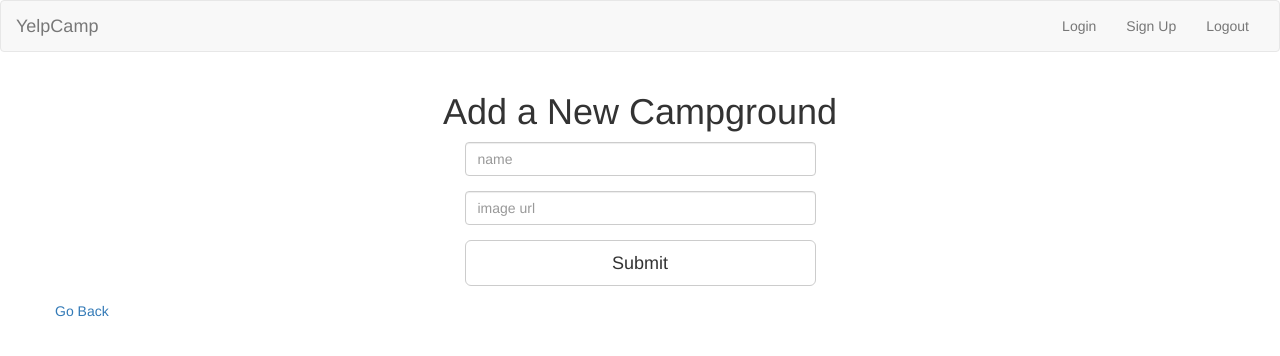
Repository: kristinamacekovic/webdevbootcamp2
Page: http://localhost/campgrounds/new
The author's editor kept a record of every edit. The page is drawn from the files as they stood at one moment, then again after the next edit.
The browser window is 1280 px wide. The pictures show the whole page.
The page is served by the project's Node server (YelpCamp/v1/app.js).

Above is the page before.

### YelpCamp/v1/views/new.ejs
<% include partials/header %>
<div class="container">
    <div class="row">
        <h1 style="text-align: center;">Add a New Campground</h1>
<div style="width: 30%; margin: 0 auto;">
<form action="/campgrounds" method="POST">
    <div class="form-group">
    <input class="form-control" type="text" placeholder="name" name="name"></input>
    </div>
    <div class="form-group">
    <input class="form-control" type="text" placeholder="image url" name="image"></input>
    </div>
    <div class="form-group">
    <button class="btn btn-lg btn-default btn-block">Submit</button>
    </div>
</form>
</div>
<a href="/campgrounds">Go Back</a>
</div>
</div>
<% include partials/footer %>

### YelpCamp/v1/views/partials/header.ejs
<!DOCTYPE html>
<html>
    <head>
        <title>YelpCamp</title>
        <link rel="stylesheet" href="https://maxcdn.bootstrapcdn.com/bootstrap/3.3.7/css/bootstrap.min.css">
    </head>
    <body>
        <nav class="navbar navbar-default">
    <div class="container-fluid">
        <div class="navbar-header">
            <a class="navbar-brand" href="/">YelpCamp</a>
        </div>
        <div class="collapse navbar-collapse">
            <ul class="nav navbar-nav navbar-right">
                <li><a href="/">Login</a></li>
                <li><a href="/">Sign Up</a></li>
                <li><a href="/">Logout</a></li>
            </ul>
        </div>
    </div>
</nav>

### YelpCamp/v1/app.js
var express = require("express");
var app = express();
var bodyParser = require("body-parser");
var campgrounds = [
            { name: "Salmon Creek1", image: "https://farm4.staticflickr.com/3872/14435096036_39db8f04bc.jpg" },
            { name: "Salmon Creek2", image: "https://farm2.staticflickr.com/1281/4684194306_18ebcdb01c.jpg" },
            { name: "Salmon Creek3", image: "https://farm3.staticflickr.com/2311/2123340163_af7cba3be7.jpg" },
            { name: "Salmon Creek3", image: "https://farm3.staticflickr.com/2311/2123340163_af7cba3be7.jpg" },
            { name: "Salmon Creek3", image: "https://farm3.staticflickr.com/2311/2123340163_af7cba3be7.jpg" },
            { name: "Salmon Creek3", image: "https://farm3.staticflickr.com/2311/2123340163_af7cba3be7.jpg" },
            { name: "Salmon Creek3", image: "https://farm3.staticflickr.com/2311/2123340163_af7cba3be7.jpg" },
            { name: "Salmon Creek3", image: "https://farm3.staticflickr.com/2311/2123340163_af7cba3be7.jpg" },
            { name: "Salmon Creek3", image: "https://farm3.staticflickr.com/2311/2123340163_af7cba3be7.jpg" },
            { name: "Salmon Creek3", image: "https://farm3.staticflickr.com/2311/2123340163_af7cba3be7.jpg" }
        ];

app.use(bodyParser.urlencoded({extended: true}));

app.set("view engine", "ejs");

app.get("/", function (req, res) {
    res.render("landing");
});

app.get("/campgrounds", function (req, res) {
    // page displays all the available campgrounds
    res.render("campgrounds", {campgrounds: campgrounds});
});

app.get("/campgrounds/new", function(req, res) {
   res.render("new");
});

app.post("/campgrounds", function(req, res) {
    var name = req.body.name;
    var image = req.body.image;
    var newCampGround = { name: name, image: image};
    campgrounds.push(newCampGround);
    // the default is to redirect to get route
    res.redirect("/campgrounds");
});

app.listen(process.env.PORT, process.env.IP, function () {
    console.log("The server has started.");
});

Loaded but not shown: YelpCamp/v1/views/partials/footer.ejs (common file)

After the next edit:
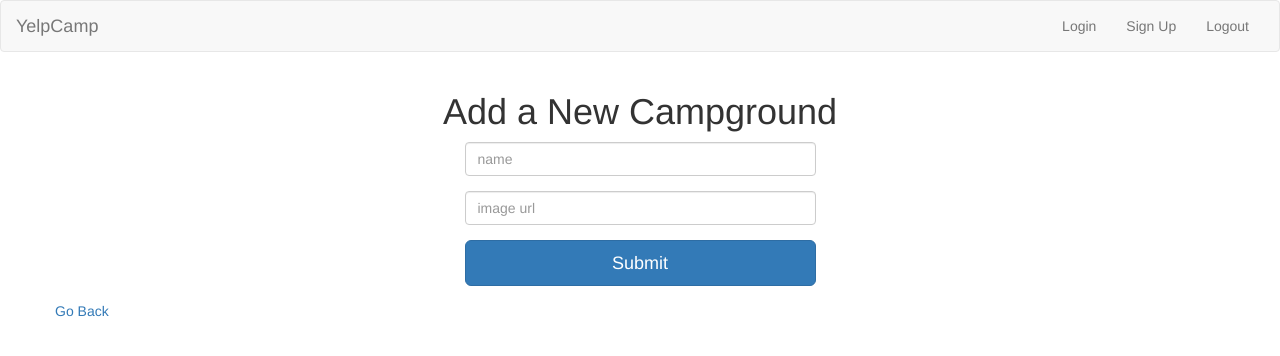
The edit:
--- a/YelpCamp/v1/views/new.ejs
+++ b/YelpCamp/v1/views/new.ejs
@@ -11,7 +11,7 @@
     <input class="form-control" type="text" placeholder="image url" name="image"></input>
     </div>
     <div class="form-group">
-    <button class="btn btn-lg btn-default btn-block">Submit</button>
+    <button class="btn btn-lg btn-primary btn-block">Submit</button>
     </div>
 </form>
 </div>
